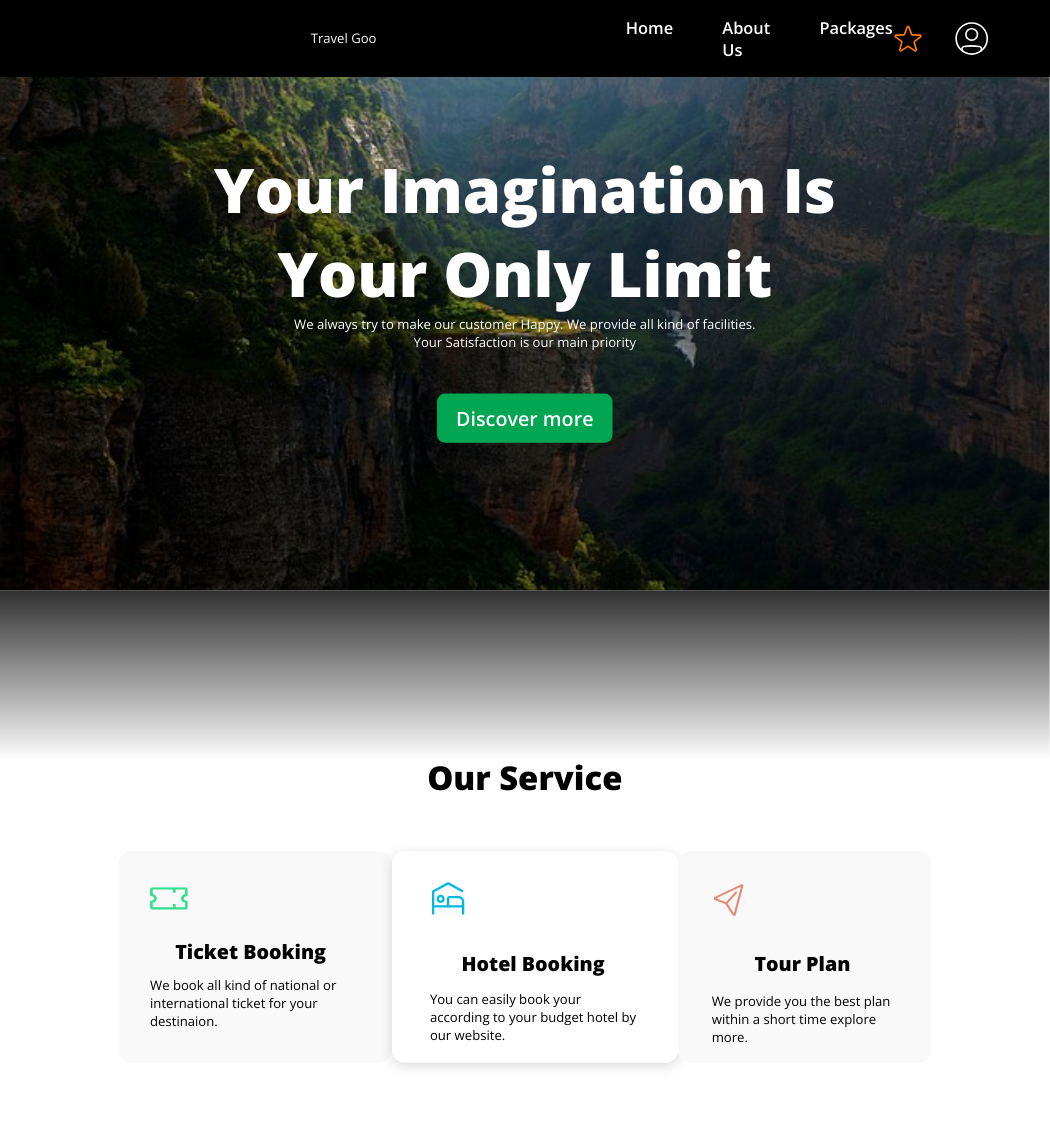
Repository: simralgasimov/back-project
Page: index.html
The author's editor kept a copy of each file at every save. The page is drawn from the files as they stood at one save, then again after the next save.
The browser window is 1280 px wide. The pictures show the whole page, at 82% of full size.
Some web fonts or font styles are not loaded; a fallback is used.

Above is the page before, as saved 2023-09-27 13:47:19.

### index.html
<!DOCTYPE html>
<html lang="en">
  <head>
    <meta charset="UTF-8" />
    <meta name="viewport" content="width=device-width, initial-scale=1.0" />
    <title>Document</title>
    <link rel="stylesheet" href="./index.css" />
  </head>
  <body>
    <div class="container">
      <div class="container-1">
        <div class="navbar">
          <a href="#">
            <!-- <div class="logo">
              Travel
              <div>Goo</div>
            </div> -->
            <p>
              Travel
              <span>
                Goo
              </span>
            </p>
          </a>

          <div class="menu">
            <ul>
              <li>Home</li>
              <li>About Us</li>
              <li>Packages</li>
            </ul>
          </div>
          <div class="icon">
            <img src="./clarity_favorite-line.svg" alt="" />
            <img src="./healthicons_ui-user-profile-outline.svg" alt="" />
          </div>
        </div>
        <main>
          <h1>Your Imagination Is Your Only Limit</h1>
          <p>
            We always try to make our customer Happy. We provide all kind of
            facilities. Your Satisfaction is our main priority
          </p>
          <button>
            <a href="#">Discover more</a>
          </button>
        </main>
      </div>
      <div class="container-2">
        <h2>Our Service</h2>
        <div class="services">
          <div class="ticket">
            <img src="./Vector.svg" alt="" />
            <h1>Ticket Booking</h1>
            <p>
              We book all kind of national or international ticket for your
              destinaion.
            </p>
          </div>
          <div class="hotel">
            <img src="./carbon_hotel.svg" alt="" />
            <h1>Hotel Booking</h1>
            <p>
              You can easily book your according to your budget hotel by our
              website.
            </p>
          </div>
          <div class="tour">
            <img src="./cil_paper-plane.svg" alt="" />
            <h1>Tour Plan</h1>
            <p>
              We provide you the best plan within a short time explore more.
            </p>
          </div>
        </div>
      </div>
    </div>
  </body>
</html>

### index.css
@import url("https://fonts.googleapis.com/css2?family=Laila:wght@400;600;700&family=Open+Sans:wght@400;600;800&display=swap");
* {
  padding: 0;
  margin: 0;
  box-sizing: border-box;
}

.container {
  /* position: relative;
  z-index: 0; */
  /* padding: 32px 145px 63px 100px; */
  min-height: 100vh;
  width: 100%;

}
a{
  text-decoration: none;
}
.container .navbar {
  width: 100%;
  padding: 20px 135px;
  display: flex;
  justify-content: space-between;
  align-items: center;
  /* margin: auto; */
  position: fixed;
  top: 0;
  background-color: black;
}
.container-1{
  min-height: 100vh;
  display: flex;
  flex-direction: column;
  align-items: center;
  justify-content: center;
  background-image: url("./canyon-1740973_640.jpg");
  background-repeat: no-repeat;
  background-size: 100% 100%;
}
.container .navbar .logo {
  width: 76px;
  color: #fff;
  text-align: center;
  font-family: Laila;
  font-size: 24px;
  font-style: normal;
  font-weight: 700;
  line-height: 102.5%; /* 24.6px */
}

.container .navbar .menu ul {
  list-style-type: none;
  display: flex;
}

.container .navbar .menu ul li {
  color: #fff;
  font-family: Open Sans;
  font-size: 20px;
  font-style: normal;
  font-weight: 600;
  line-height: normal;
  justify-content: space-between;
  margin-left: 60px;
}

.container .navbar .icon {
  display: flex;
  justify-content: space-between;
  align-items: center;
}

.container .navbar .icon img:first-child {
  margin-right: 36px;
  width: 36px;
  height: 36px;
}
.container .navbar .icon img:last-child {
  width: 48px;
  height: 48px;
}

.container .box {
  display: flex;
  justify-content: center;
  text-align: center;
}
.container .container-1 h1 {
  width: 779px;
  color: #fff;
  text-align: center;
  font-family: Open Sans;
  font-size: 75px;
  font-style: normal;
  font-weight: 800;
  line-height: normal;
  /* margin-top: 250px; */
}

.container .text-box {
  margin-top: 57px;
  display: flex;
  justify-content: center;
  text-align: center;
}
.container .container-1  p {
  width: 568px;
  color: #fff;
  text-align: center;
  font-family: Open Sans;
  font-size: 16px;
  font-style: normal;
  font-weight: 400;
  line-height: normal;
}

.container .container-1  button {
  border: none;
  width: 214px;
  height: 60px;
  border-radius: 10px;
  background: #00a651;
  display: flex;
  justify-content: center;
  align-items: center;
  margin-top: 52px;
}

.container button a {
  text-decoration: none;
  color: #fff;
  text-align: center;
  font-family: Open Sans;
  font-size: 24px;
  font-style: normal;
  font-weight: 600;
  line-height: normal;
}

.container-2 {
  padding: 200px 145px 88px 145px;
  background: linear-gradient(
    180deg,
    rgba(0, 0, 0, 0.81) 0%,
    rgba(72, 72, 72, 0) 31.25%,
    rgba(158, 158, 158, 0) 77.6%,
    #fff 85.42%
  );
}

.container-2 h2 {
  margin-bottom: 63px;
  /* display: flex;
        text-align: center;
        justify-content: center; */
  color: #000;
  text-align: center;
  font-family: Open Sans;
  font-size: 40px;
  font-style: normal;
  font-weight: 700;
  line-height: normal;
}

.container-2 .services {
  display: flex;
  /* margin: auto; */
  justify-content: space-between;
}

.container-2 .services .ticket {
  padding: 44px 50px 20px 38px;
  /* width: 416px;
height: 232px; */
  border-radius: 15px;
  background: #f9f9f9;
}

.container-2 .services .ticket h1 {
  margin-top: 30px;
  margin-bottom: 13px;
  color: #000;
  text-align: center;
  font-family: Open Sans;
  font-size: 24px;
  font-style: normal;
  font-weight: 700;
  line-height: normal;
}

.container-2 .services .ticket p {
  color: #000;
  font-family: Open Sans;
  font-size: 16px;
  font-style: normal;
  font-weight: 400;
  line-height: normal;
}

.container-2 .services .hotel {
  padding: 35px 51px 20px 46px;
  border-radius: 15px;
  background: #fff;
  box-shadow: 0px 4px 16px 0px rgba(0, 0, 0, 0.15);
}

.container-2 .services .hotel h1 {
  margin-top: 36px;
  margin-bottom: 16px;
  color: #000;
  text-align: center;
  font-family: Open Sans;
  font-size: 24px;
  font-style: normal;
  font-weight: 700;
  line-height: normal;
}

.container-2 .services .hotel p {
  color: #000;
  font-family: Open Sans;
  font-size: 16px;
  font-style: normal;
  font-weight: 400;
  line-height: normal;
}

.container-2 .services .tour {
  padding: 39px 46px 20px 41px;
  border-radius: 15px;
  background: #f9f9f9;
}

.container-2 .services .tour h1 {
  margin-top: 36px;
  margin-bottom: 19px;
  color: #000;
  text-align: center;
  font-family: Open Sans;
  font-size: 24px;
  font-style: normal;
  font-weight: 700;
  line-height: normal;
}
.container-2 .services .tour p {
  color: #000;
  font-family: Open Sans;
  font-size: 16px;
  font-style: normal;
  font-weight: 400;
  line-height: normal;
}

.container .container-1 main{
  display: flex;
  flex-direction: column;
  align-items: center;
}

After the next save:
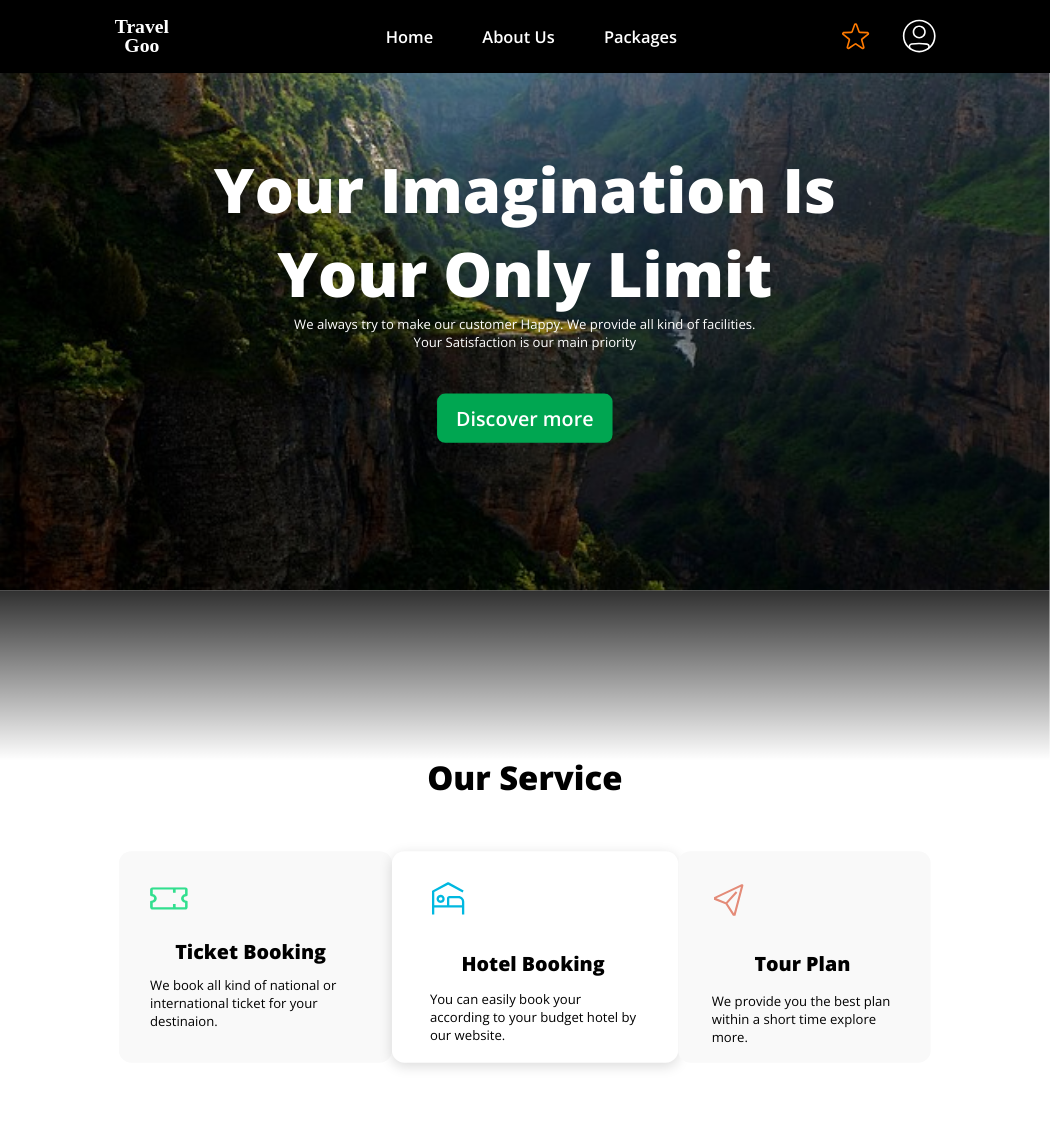
Saved 75 s later.
--- a/index.html
+++ b/index.html
@@ -15,7 +15,7 @@
               Travel
               <div>Goo</div>
             </div> -->
-            <p>
+            <p class="logo">
               Travel
               <span>
                 Goo
